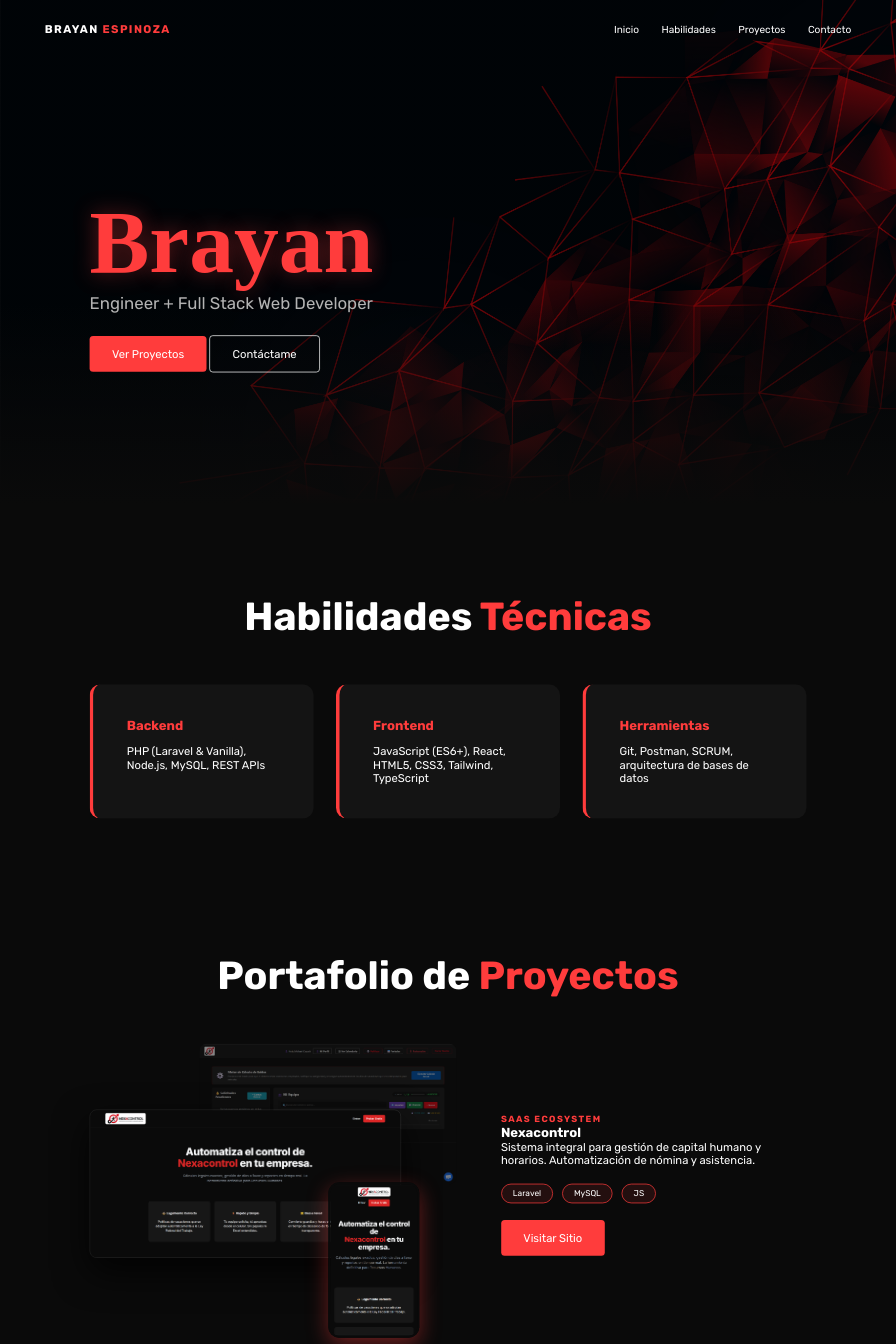
Repository: hercules830/Mi-portfolio-profesional
Page: index.html
The author's editor kept a copy of each file at every save. The page is drawn from the files as they stood at one save, then again after the next save.
The browser window is 1280 px wide. The pictures show the part of the page from y = 0 to 1920 px (the page is 8650 px tall), at 70% of full size.
Some web fonts or font styles are not loaded; a fallback is used.

Above is the page before, as saved 2026-05-31 01:17:42.

After the next save:
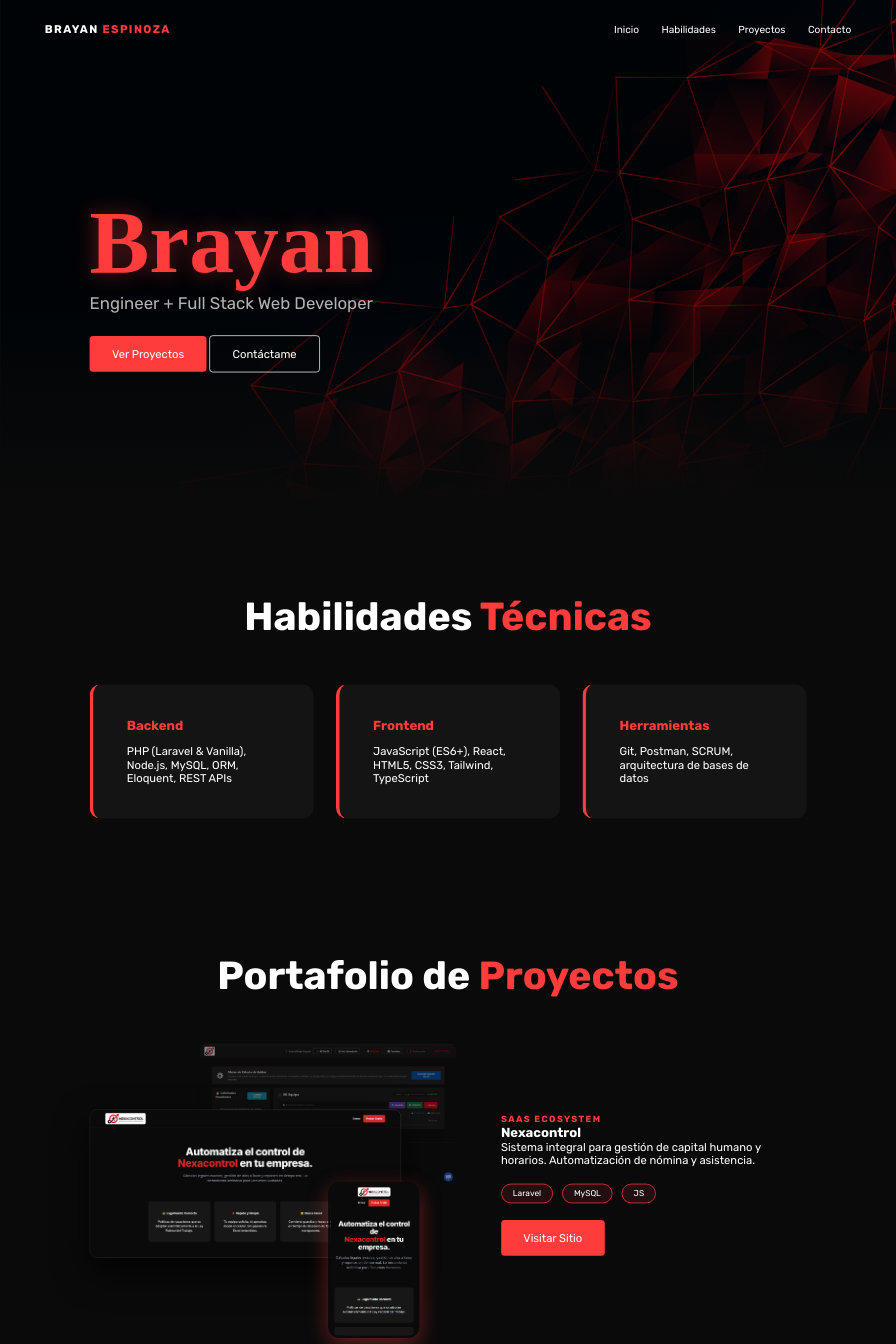
Saved 2 min 54 s later.
--- a/index.html
+++ b/index.html
@@ -41,7 +41,9 @@
       <div class="skills-grid">
         <div class="skill-card">
           <h3>Backend</h3>
-          <p>PHP (Laravel & Vanilla), Node.js, MySQL, REST APIs</p>
+          <p>
+            PHP (Laravel & Vanilla), Node.js, MySQL, ORM, Eloquent, REST APIs
+          </p>
         </div>
         <div class="skill-card">
           <h3>Frontend</h3>
